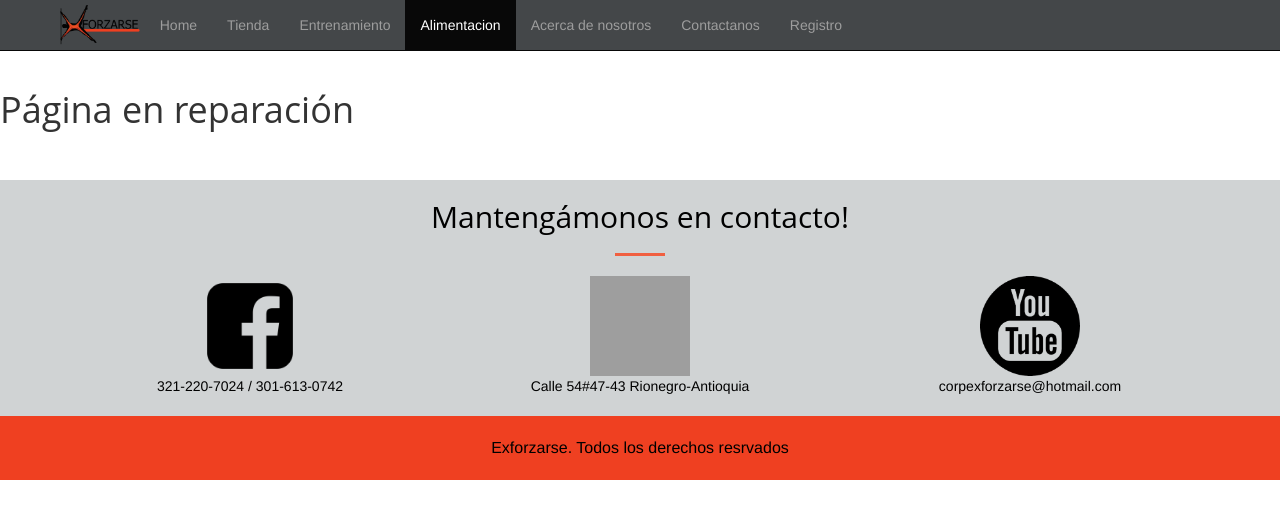
Repository: mahc36/exforzarse
Page: Exforzarse/WebContent/paginas/dietas.html
These files come from the project's save history. The page is drawn as it stood at one moment and after the next save; the edit follows.
The browser window is 1280 px wide. The pictures show the whole page.
Pictures or frames that could not be fetched are drawn as grey boxes. Some web libraries are served in a nearby version.

Above is the page before, as saved 2017-08-19 16:24:16.

After the next save:
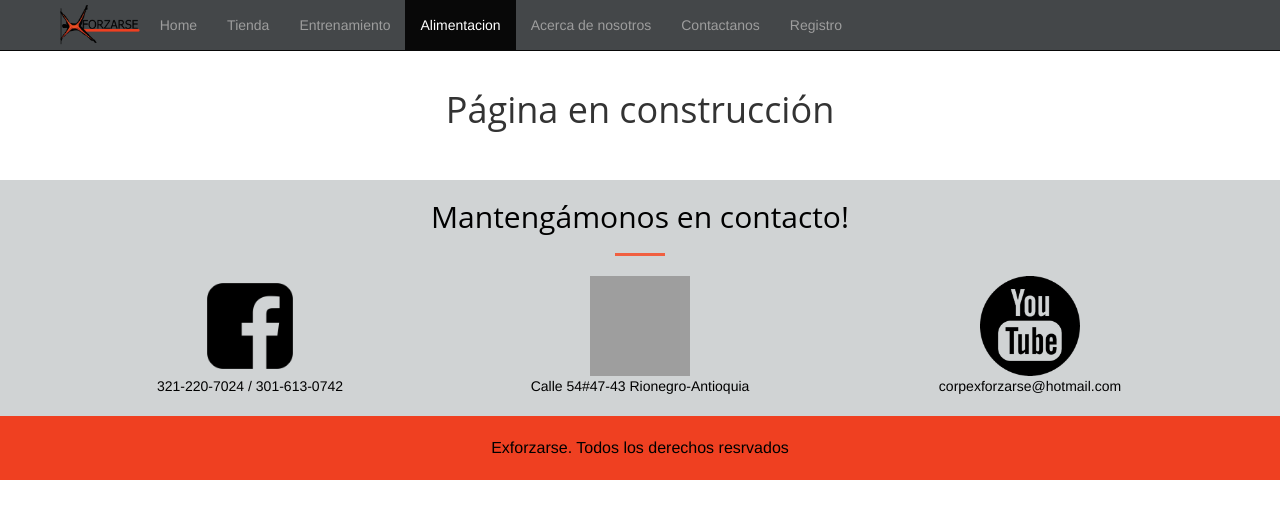
Saved 12 s later.
--- a/Exforzarse/WebContent/paginas/dietas.html
+++ b/Exforzarse/WebContent/paginas/dietas.html
@@ -53,7 +53,9 @@
         </div>
     </nav>
 
-    <H1>Página en reparación</H1>
+    <div>
+	    <H1 class="text-center">Página en construcción</H1>
+    </div>
 
     <br><br>
     <footer style="background-color: #D0D3D4;">
